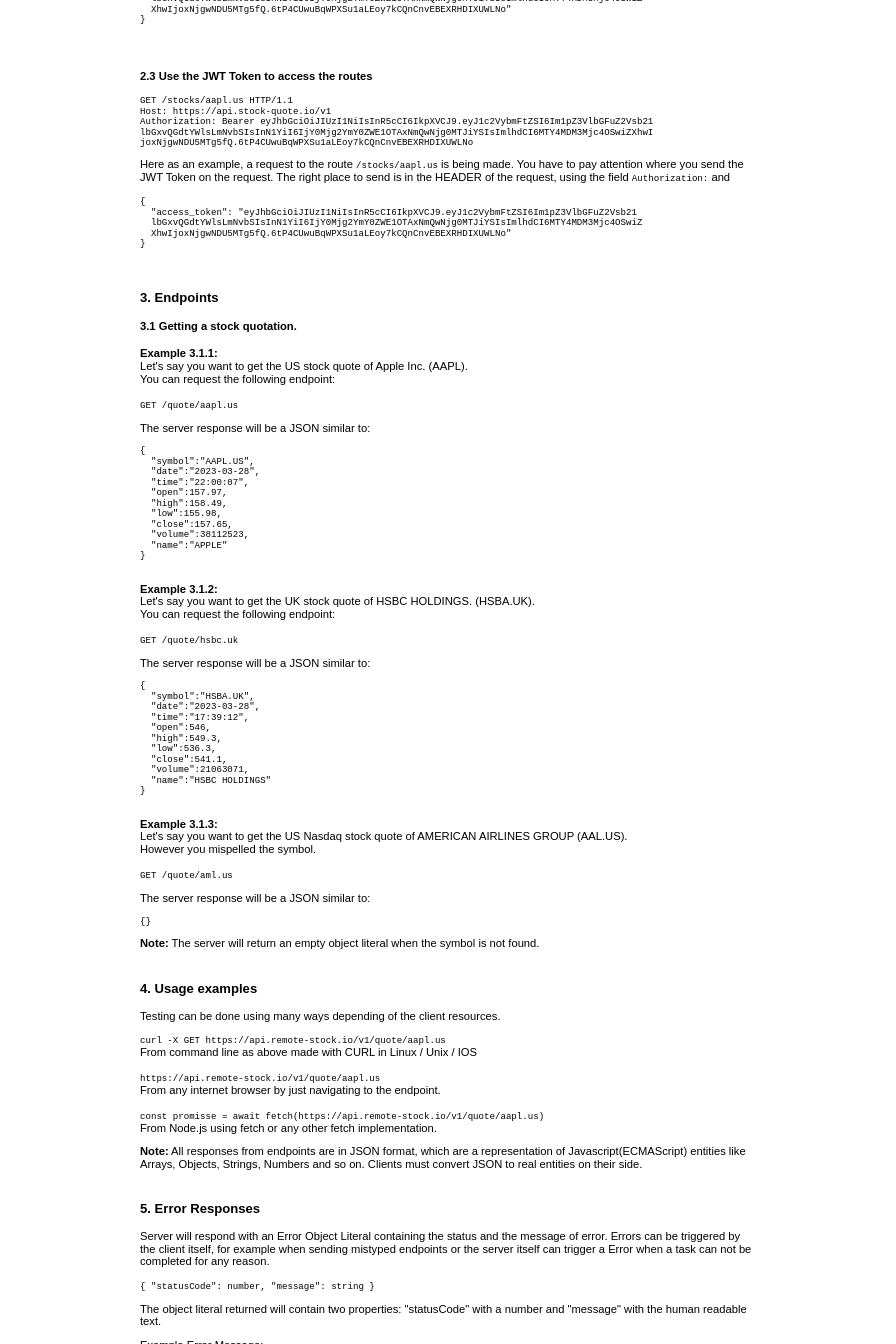
Repository: miguelamello/nest-js
Page: stock-service/documentation.html
The author's editor kept a copy of each file at every save. The page is drawn from the files as they stood at one save, then again after a run of saves.
The browser window is 1280 px wide. The pictures show the part of the page from y = 988 to 2908 px (the page is 3173 px tall before and 3191 px after), at 70% of full size.

Above is the page before, as saved 2023-04-01 16:28:18.

### stock-service/documentation.html
<!DOCTYPE html>
<html lang="en">
<head>
  <meta charset="UTF-8">
  <meta http-equiv="X-UA-Compatible" content="IE=edge">
  <meta name="viewport" content="width=device-width, initial-scale=1.0">
  <title>STOCK QUOTE MICROSERVICE</title>
  <style>
    body {
      font-family: Arial, Helvetica, sans-serif;
      padding: 3% 15%;
    }
    h3 {
      margin-top: 5%;
    }
    pre {
      margin: 0;
      overflow: auto;
    }
  </style>
</head>
<body>
  <h2>STOCK QUOTE MICROSERVICE</h2>
  <p>
    This microservice aims to facilitate the acquisition of stock quotes from various companies.
    Please follow the documentation to get a complete understanding of how the service works.
  </p>

  <h3>1. Entrypoint</h3>
  <code>https://api.stock-quote.io/v1</code>
  <p>
    All endpoints starts from the entrypoint above. Accessing the entrypoint
    above will retrieve the REMOTE STOCK QUOTE MICROSERVICE Documentation.
  </p>

  <h3>2. Authentication</h3>
  <p>JWT (JSON Web Token) Authentication is required for the routes on the microservice.
    Below is listed the steps that must be followed to get a valid JWT Token.</p>

  <p>
    <br><div><b>2.1 Signup to the service</b></div><br>

    <pre>
POST /auth/signup HTTP/1.1
Host: https://api.stock-quote.io/v1
Content-Type: application/x-www-form-urlencoded
Content-Length: 35

email=miguelangelomello@gmail.com
    </pre>

    <div>You must send a POST request to <code>/auth/signup</code> with POST BODY containing a valid email.
      You will receive a email with a link to confirm your email address. After the email confirmation,
      another email with your Username and Password will be sent to you. You should use this login
      information to get your JWT Token. Keep following.</div>
    </div>
  </p>

  <p>
    <br><div><b>2.2 Signin to the service</b></div><br>

    <pre>
POST /auth/signin HTTP/1.1
Host: https://api.stock-quote.io/v1
Content-Type: application/x-www-form-urlencoded
Content-Length: 77

email=miguelangelomello@gmail.com&
password=e49015be5ba9752ab634b5649045bc56
    </pre>

    <div>You must send a POST request to <code>/auth/signin</code> with POST BODY containing the
      confirmed email and the password you received by email. If login is valid you will
      receive a response with the JWT Token that you must use to access all the available
      routes on the service. Keep following.</div>
    </div><br>

    <pre>
{
  "access_token": "eyJhbGciOiJIUzI1NiIsInR5cCI6IkpXVCJ9.eyJ1c2VybmFtZSI6Im1pZ3VlbGFuZ2Vsb21
  lbGxvQGdtYWlsLmNvbSIsInN1YiI6IjY0Mjg2YmY0ZWE1OTAxNmQwNjg0MTJiYSIsImlhdCI6MTY4MDM3Mjc4OSwiZ
  XhwIjoxNjgwNDU5MTg5fQ.6tP4CUwuBqWPXSu1aLEoy7kCQnCnvEBEXRHDIXUWLNo"
}
    </pre>

  </p>

  <p>
    <br><div><b>2.3 Use the JWT Token to access the routes</b></div><br>

    <pre>
GET /stocks/aapl.us HTTP/1.1
Host: https://api.stock-quote.io/v1
Authorization: Bearer eyJhbGciOiJIUzI1NiIsInR5cCI6IkpXVCJ9.eyJ1c2VybmFtZSI6Im1pZ3VlbGFuZ2Vsb21
lbGxvQGdtYWlsLmNvbSIsInN1YiI6IjY0Mjg2YmY0ZWE1OTAxNmQwNjg0MTJiYSIsImlhdCI6MTY4MDM3Mjc4OSwiZXhwI
joxNjgwNDU5MTg5fQ.6tP4CUwuBqWPXSu1aLEoy7kCQnCnvEBEXRHDIXUWLNo
    </pre>

    <div>Here as an example, a request to the route <code>/stocks/aapl.us</code> is being made.
    You have to pay attention where you send the JWT Token on the request. The right place to
    send is in the HEADER of the request, using the field <code>Authorization:</code> and </div><br>

    <pre>
{
  "access_token": "eyJhbGciOiJIUzI1NiIsInR5cCI6IkpXVCJ9.eyJ1c2VybmFtZSI6Im1pZ3VlbGFuZ2Vsb21
  lbGxvQGdtYWlsLmNvbSIsInN1YiI6IjY0Mjg2YmY0ZWE1OTAxNmQwNjg0MTJiYSIsImlhdCI6MTY4MDM3Mjc4OSwiZ
  XhwIjoxNjgwNDU5MTg5fQ.6tP4CUwuBqWPXSu1aLEoy7kCQnCnvEBEXRHDIXUWLNo"
}
    </pre>

  </p>

  <h3>3. Endpoints</h3>

  <h4>3.1 Getting a stock quotation.</h4>

  <p>
    <div><b>Example 3.1.1:</b></div>
    <div>Let's say you want to get the US stock quote of Apple Inc. (AAPL).</div>
    <div>You can request the following endpoint:</div><br>
    <code>GET /quote/aapl.us</code>

    <p>The server response will be a JSON similar to:</p>

    <pre>
{
  "symbol":"AAPL.US",
  "date":"2023-03-28",
  "time":"22:00:07",
  "open":157.97,
  "high":158.49,
  "low":155.98,
  "close":157.65,
  "volume":38112523,
  "name":"APPLE"
}
    </pre>
  </p>
  <p>
    <div><b>Example 3.1.2:</b></div>
    <div>Let's say you want to get the UK stock quote of HSBC HOLDINGS. (HSBA.UK).</div>
    <div>You can request the following endpoint:</div><br>
    <code>GET /quote/hsbc.uk</code>

    <p>The server response will be a JSON similar to:</p>

    <pre>
{
  "symbol":"HSBA.UK",
  "date":"2023-03-28",
  "time":"17:39:12",
  "open":546,
  "high":549.3,
  "low":536.3,
  "close":541.1,
  "volume":21063071,
  "name":"HSBC HOLDINGS"
}
    </pre>
  </p>

  <p>
    <div><b>Example 3.1.3:</b></div>
    <div>Let's say you want to get the US Nasdaq stock quote of AMERICAN AIRLINES GROUP (AAL.US).</div>
    <div>However you mispelled the symbol.</div><br>
    <code>GET /quote/aml.us</code>

    <p>The server response will be a JSON similar to:</p>

    <pre>{}</pre>

    <p>
      <b>Note:</b> The server will return an empty object literal when the symbol is not found.
    </p>
  </p>

  <h3>4. Usage examples</h3>

  <p>Testing can be done using many ways depending of the client resources.</p>

  <code>curl -X GET https://api.remote-stock.io/v1/quote/aapl.us</code>
  <div>From command line as above made with CURL in Linux / Unix / IOS</div>
  <br>
  <code>https://api.remote-stock.io/v1/quote/aapl.us</code>
  <div>From any internet browser by just navigating to the endpoint.</div>
  <br>
  <code>const promisse = await fetch(https://api.remote-stock.io/v1/quote/aapl.us)</code>
  <div>From Node.js using fetch or any other fetch implementation.</div>

  <p>
    <b>Note:</b> All responses from endpoints are in JSON format, which are a
    representation of Javascript(ECMAScript) entities like Arrays, Objects,
    Strings, Numbers and so on. Clients must convert JSON to real entities
    on their side.
  </p>

  <h3>5. Error Responses</h3>

  <p>
    Server will respond with an Error Object Literal containing
    the status and the message of error. Errors can be triggered
    by the client itself, for example when sending mistyped endpoints
    or the server itself can trigger a Error when a
    task can not be completed for any reason.
  </p>

  <p>
    <code>{ "statusCode": number, "message": string }</code><br>
    <div>
      The object literal returned will contain two properties:
      "statusCode" with a number and "message" with the human readable text.
    </div>
  </p>

  <p>Exemple Error Message:</p>
  <p>
    <code>
      {"statusCode":400,"message":"Symbol must be a valid quote."}
    </code>
  </p>

  <h3>6. Disclaimer</h3>
  <p>
    This microservice should be used strictly as proposed in this documentation.
    Any usage that is not in accordance with the documentation may result in harmful
    consequences to the user. The authors of this service are not responsible for
    any misuse of the proposed microservice and its consequences. If you have any question,
    suggestion, information regarding the use of this service, please contact
    the authors at <b>developers@remote-stock.io</b>
  </p>

</body>
</html>

After the next 4 saves:
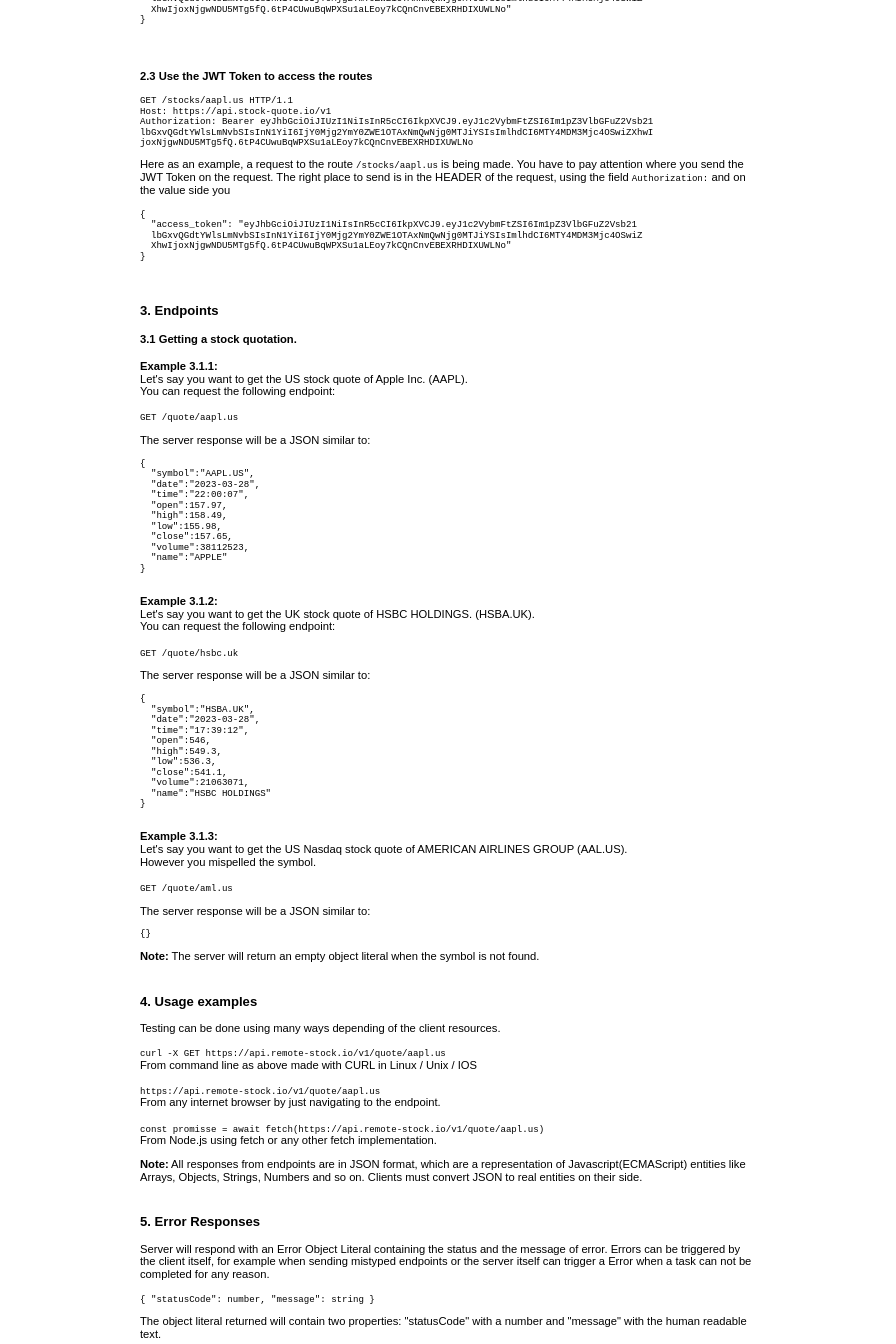
The 4 saves are shown as one change because they came seconds apart.
The last was saved 10 s later.
--- a/stock-service/documentation.html
+++ b/stock-service/documentation.html
@@ -98,7 +98,8 @@ joxNjgwNDU5MTg5fQ.6tP4CUwuBqWPXSu1aLEoy7kCQnCnvEBEXRHDIXUWLNo
 
     <div>Here as an example, a request to the route <code>/stocks/aapl.us</code> is being made.
     You have to pay attention where you send the JWT Token on the request. The right place to
-    send is in the HEADER of the request, using the field <code>Authorization:</code> and </div><br>
+    send is in the HEADER of the request, using the field <code>Authorization:</code> and on the
+  value side you </div><br>
 
     <pre>
 {
